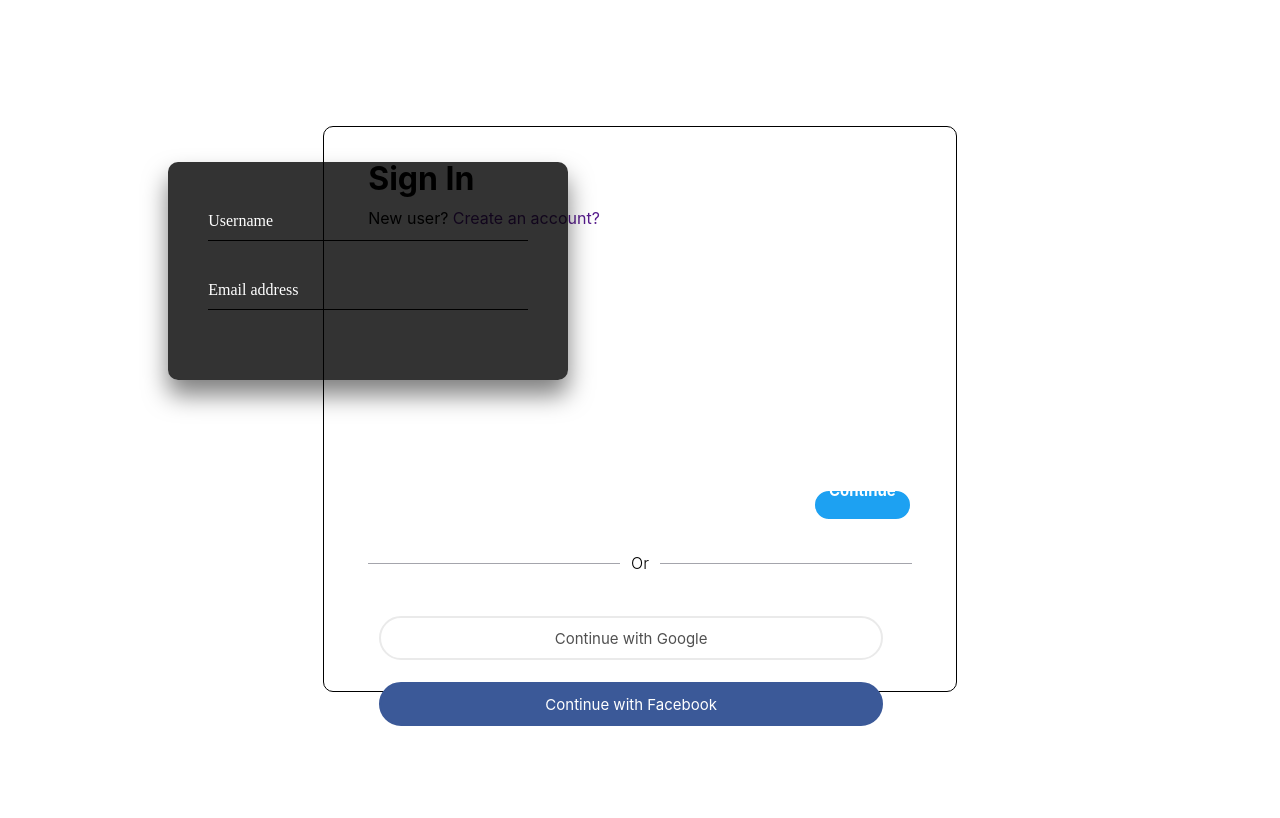
Repository: thangluu93/WereWolf
Page: Template/signIn.html
An editor plug-in stored every save of this project. The page is shown before and after the next save, followed by the edit.
The browser window is 1280 px wide. The pictures show the whole page.

Above is the page before, as saved 2020-01-13 15:51:47.

After the next save:
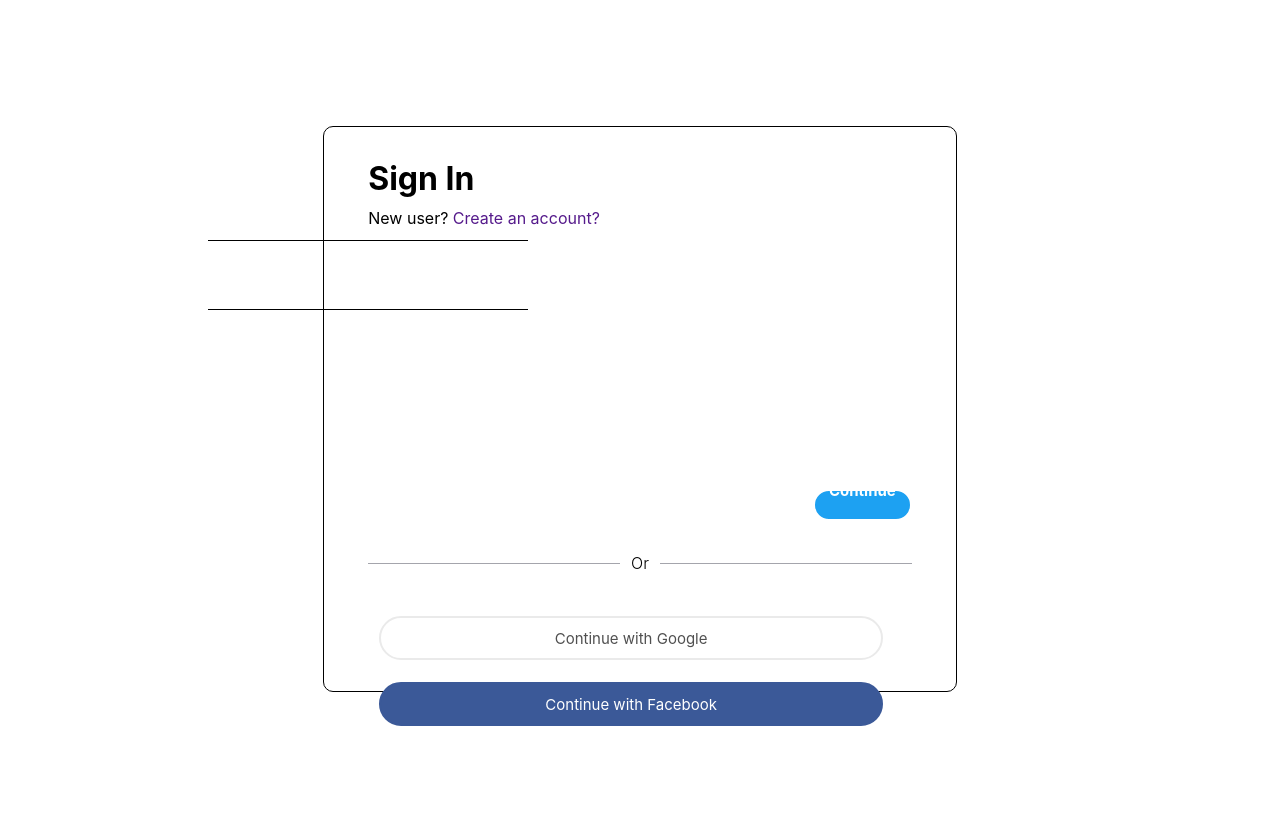
Saved 32 s later.
--- a/Stylesheet/signInStyle.css
+++ b/Stylesheet/signInStyle.css
@@ -196,9 +196,7 @@ a{
     transform: translate(-50%, -50%);
     width: 400px;
     padding: 40px;
-    background: rgba(0,0,0,.8);
     box-sizing: border-box;
-    box-shadow: 0 15px 25px rgba(0,0,0,.5);
     border-radius: 10px;
 }
 
